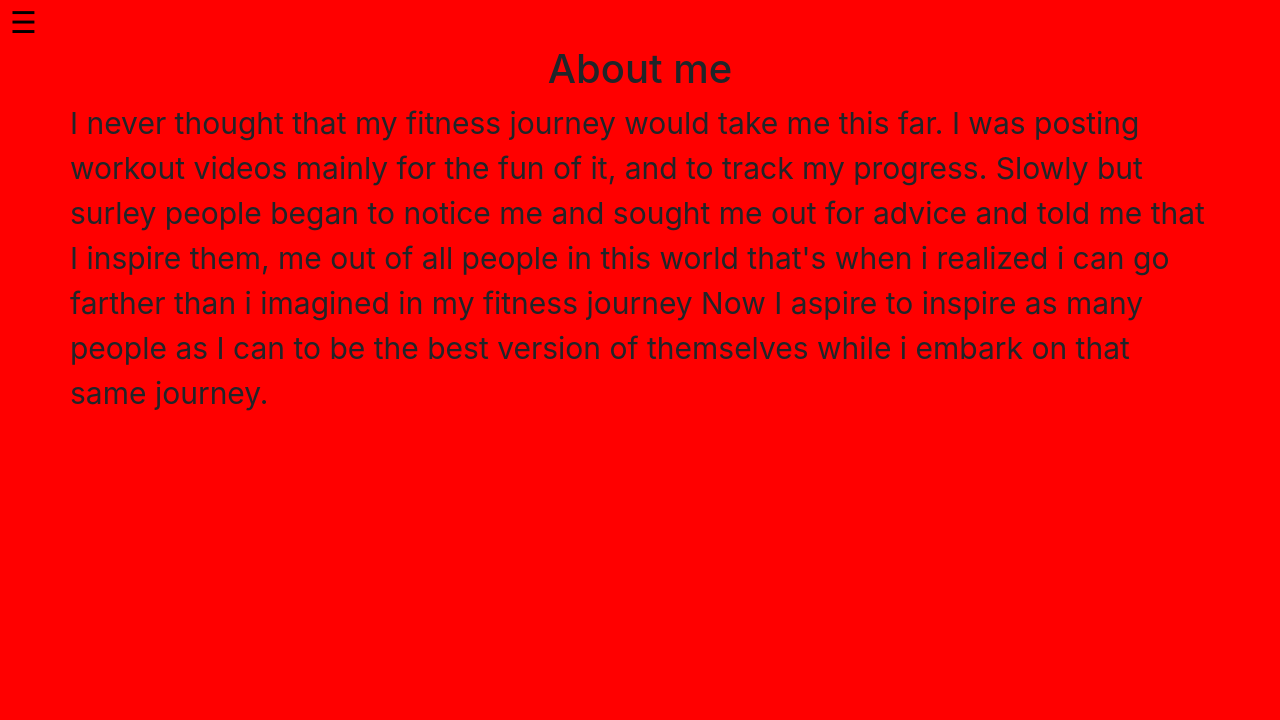
Repository: mamadont/MamadouFitnessWebsite
Page: pages-html/about-me.html
An editor plug-in stored every save of this project. The page is shown before and after the next save, followed by the edit.
The browser window is 1280 px wide. The pictures show the whole page.
Some web libraries are served in a nearby version.

Above is the page before, as saved 2020-07-08 23:11:11.

After the next save:
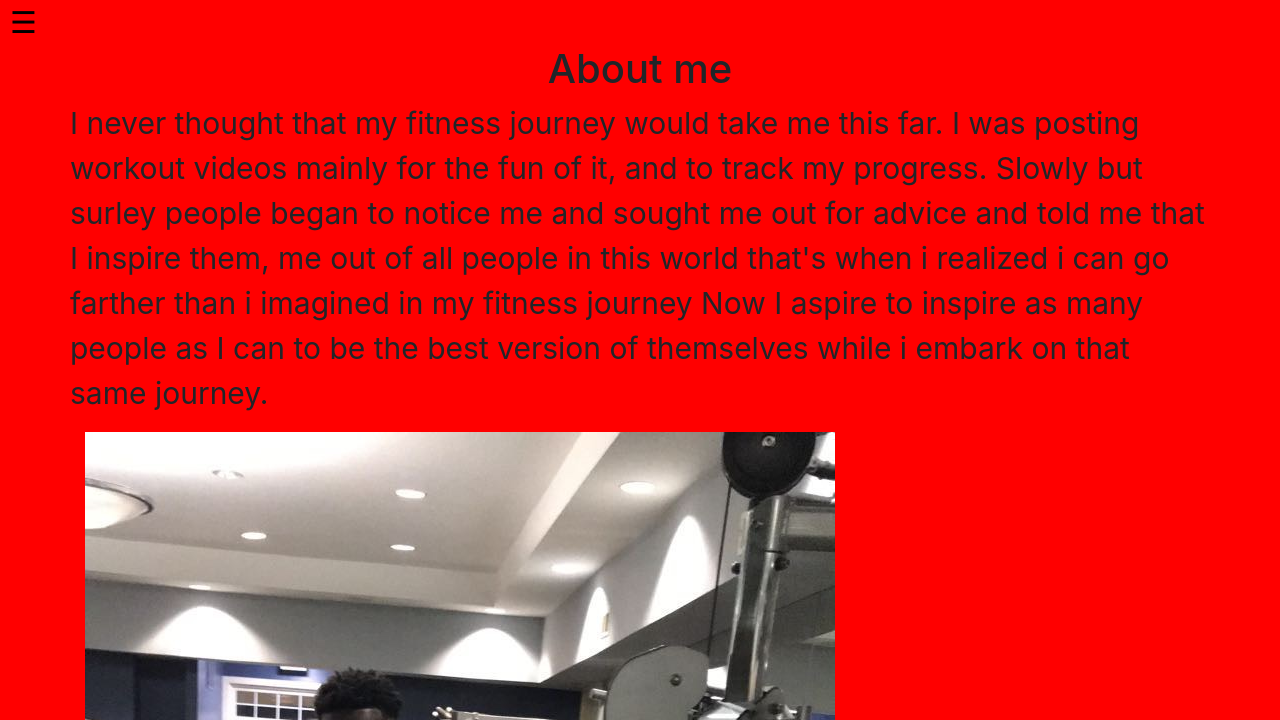
Saved 22 min 54 s later.
--- a/pages-html/about-me.html
+++ b/pages-html/about-me.html
@@ -36,8 +36,14 @@
                 </div>
             </div>
 
-            <!-- Pictures -->
+            <!-- Images -->
             <div class="row">
+                <div class="col-4">
+                    <img src="../assets/pic1.JPG" />
+                </div>
+                <div class="col-4"></div>
+                <div class="col-4"></div>
+                <div class="col-4"></div>
 
             </div>
 
